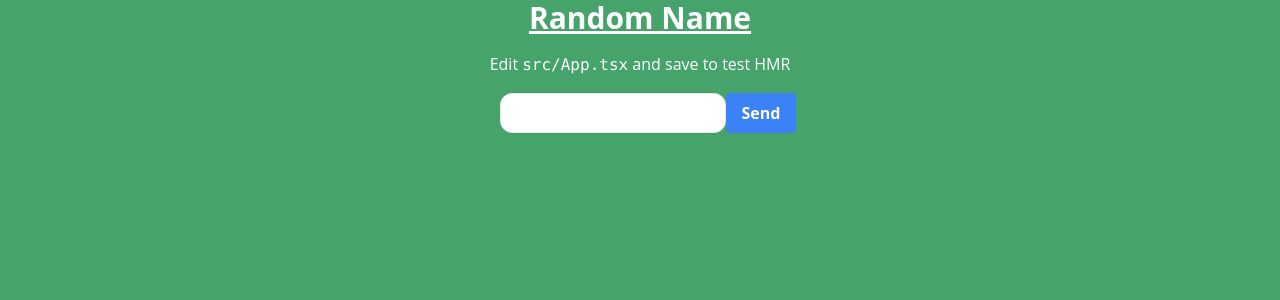
Repository: prodavetc/randomname
Page: /
These files come from the project's save history. The page is drawn as it stood at one moment and after the next save; the edit follows.
The browser window is 1280 px wide. The pictures show the whole page.
The project was rebuilt for these pictures with package versions that can differ from the ones it lists, and the page was loaded fresh each time. Also part of the build but not shown: vite.config.ts.

Above is the page before, as saved 2024-03-26 10:29:20.

### src/main.tsx
import React from 'react'
import ReactDOM from 'react-dom/client'
import App from './App.tsx'
import RandomName from './components/RandomName.tsx' // Import the 'RandomName' component
import './index.css'

ReactDOM.createRoot(document.getElementById('root')!).render(
  <React.StrictMode>
    <RandomName /> {/* Add the 'RandomName' component */}
    {/* <App /> */}
  </React.StrictMode>,
)

### src/components/RandomName.tsx
import { useState } from 'react';


const RandomName = () => {
  const [list, setList] = useState('')


  const onPressHandler = (event: React.FormEvent<HTMLFormElement>) => {
    event.preventDefault();
    const value = (event.target as HTMLFormElement).list.value;
    console.log('value: ', value);

    setList(value);
    console.log('lists: ', list);

    if(list){


      let myArray = list.split(", ");
      const randomIndex = myArray[Math.floor(Math.random() * myArray.length)];

      console.log('randomIndex', randomIndex);

    }
  }
  return (
    <>

      <h1 className="text-3xl font-bold underline text-center fade-in">Random Name</h1>
      <div className="card text-center">
       {list}
        <p>
          Edit <code>src/App.tsx</code> and save to test HMR
        </p>
      </div>
      <div className="text-center">
        <form onSubmit={onPressHandler}>
          <input name='list' className="ml-4 w-200 border rounded-xl text-gray-800 focus:outline-none focus:border-indigo-300 pl-4 h-10" />
          <button className="bg-blue-500 hover:bg-blue-700 text-white font-bold py-2 px-4 rounded"
          >Send</button>
        </form>
      </div>
    </>
  )
}
export default RandomName

### src/index.css
@tailwind base;
@tailwind components;
@tailwind utilities;

html, body {
  background-color: #46a36b;
  color: white;
  font-family: 'Open Sans', sans-serif;

}


h1 {
  @apply text-3xl font-bold mb-4;
}

p {
  @apply mb-4;
}

ul {
  @apply list-disc list-inside;
}

strong {
  @apply font-bold text-indigo-400;
}

em {
  @apply italic text-pink-500;
}


.btn-primary {
  @apply bg-indigo-500 text-white font-bold py-2 px-4 rounded-xl hover:bg-indigo-700 transition-all duration-200 ease-in-out;
}

.btn-primary:disabled {
  @apply bg-indigo-500 text-white font-bold py-2 px-4 rounded-xl opacity-50 cursor-not-allowed;
}

.chat-container {
  @apply flex flex-col flex-auto flex-shrink-0 rounded-2xl bg-white bg-opacity-5 h-full p-4;
}

.chat-messages {
  @apply flex flex-col h-full overflow-x-auto mb-4 overflow-scroll;
}


/* Animations */

.fade-in { animation: fadeIn .3s; }

@keyframes fadeIn {
  0% { opacity: 0; }
  100% { opacity: 1; }
}

Loaded but not shown: index.html (common file); tailwind.config.js (common file)

After the next save:
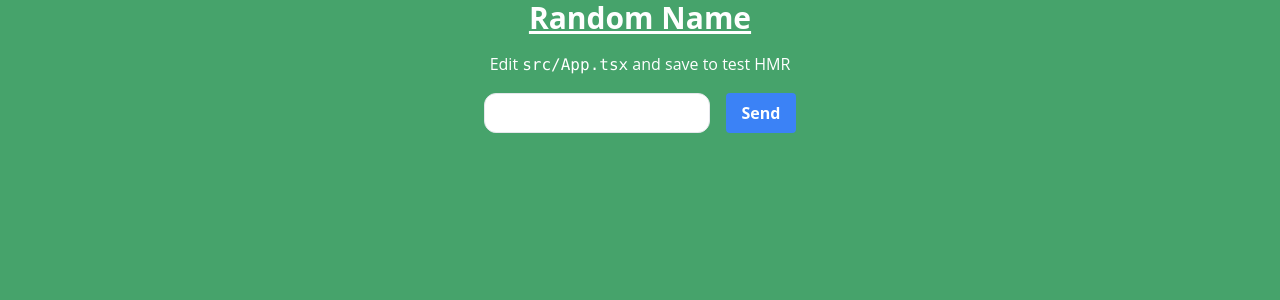
Saved 5 s later.
--- a/src/components/RandomName.tsx
+++ b/src/components/RandomName.tsx
@@ -35,7 +35,7 @@ const RandomName = () => {
       </div>
       <div className="text-center">
         <form onSubmit={onPressHandler}>
-          <input name='list' className="ml-4 w-200 border rounded-xl text-gray-800 focus:outline-none focus:border-indigo-300 pl-4 h-10" />
+          <input name='list' className="mr-4 w-200 border rounded-xl text-gray-800 focus:outline-none focus:border-indigo-300 pl-4 h-10" />
           <button className="bg-blue-500 hover:bg-blue-700 text-white font-bold py-2 px-4 rounded"
           >Send</button>
         </form>
